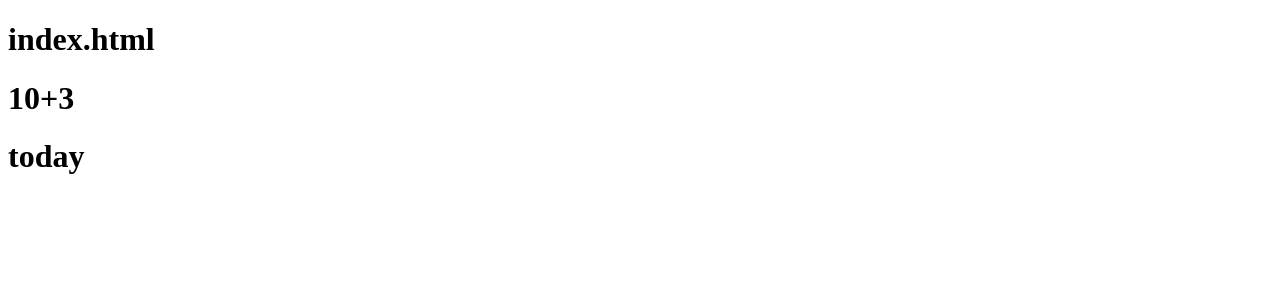
Repository: BEOMJINI/greenJsp
Page: jspWorkspace/basic/src/main/webapp/02.21/htmlTEST.html
The author's editor kept a copy of each file at every save. The page is drawn from the files as they stood at one save, then again after the next save.
The browser window is 1280 px wide. The pictures show the whole page.

Above is the page before, as saved 2023-02-21 02:38:30.

After the next save:
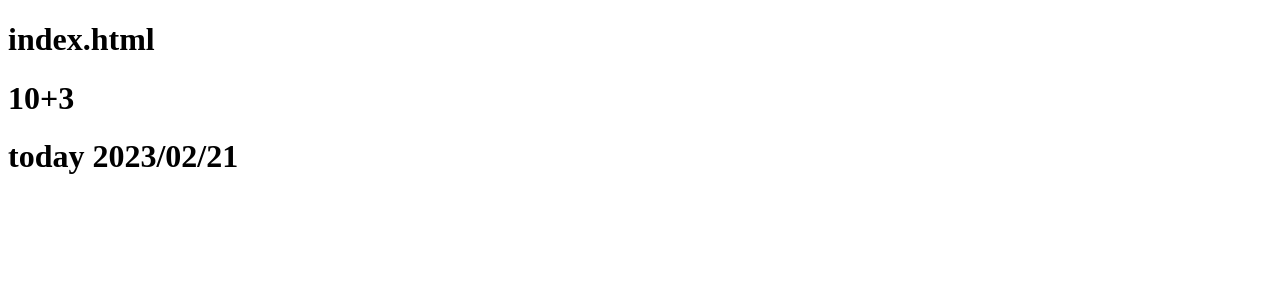
Saved 18 s later.
--- a/jspWorkspace/basic/src/main/webapp/02.21/htmlTEST.html
+++ b/jspWorkspace/basic/src/main/webapp/02.21/htmlTEST.html
@@ -8,6 +8,6 @@
 <h1>index.html</h1>
 <!-- 주석이다 html -->
 <h1>10+3</h1>
-<h1>today </h1>
+<h1>today 2023/02/21</h1>
 </body>
 </html>
